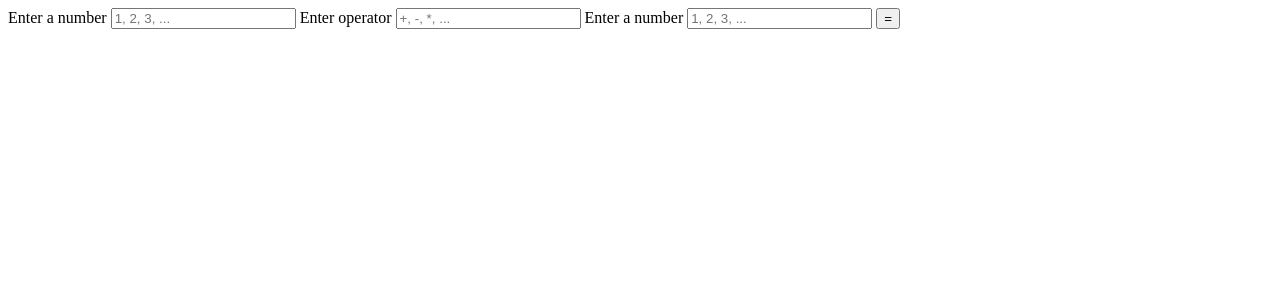
Repository: WesleyErasmus/threeInputCalculator
Page: html/if-calculator.html
These files come from the project's save history. The page is drawn as it stood at one moment and after the next save; the edit follows.
The browser window is 1280 px wide. The pictures show the whole page.

Above is the page before, as saved 2022-04-27 21:24:40.

After the next save:
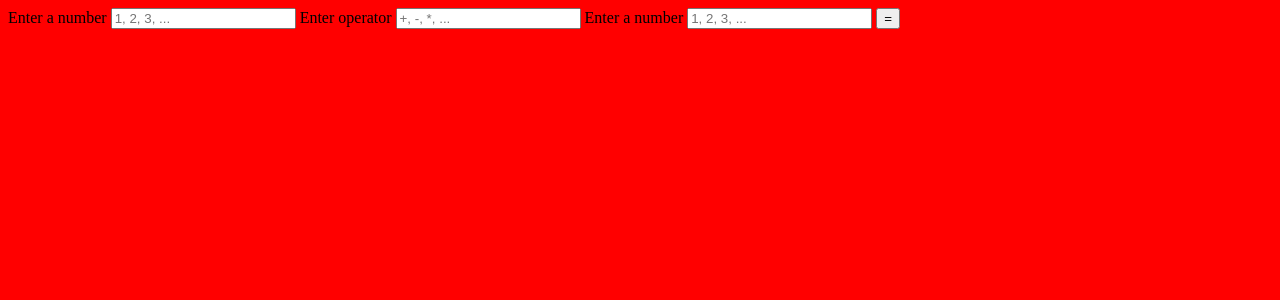
Console error: TypeError: Cannot read properties of null (reading 'value')
Saved 114 s later.
--- a/html/if-calculator.html
+++ b/html/if-calculator.html
@@ -5,7 +5,8 @@
     <meta http-equiv="X-UA-Compatible" content="IE=edge">
     <meta name="viewport" content="width=device-width, initial-scale=1.0">
     <title>JS If Calculator</title>
-
+    <link rel="stylesheet" href="/css/stylesheet.css">
+    <script src="/js/if-calculator.js"></script>
 
 </head>
 <body>
